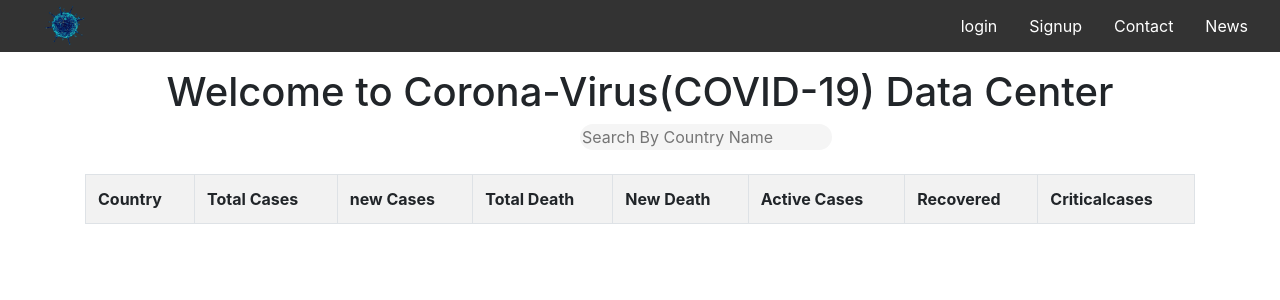
Repository: xthashankar/COVID-19-data-
Page: index.html
An editor plug-in stored every save of this project. The page is shown before and after the next save, followed by the edit.
The browser window is 1280 px wide. The pictures show the whole page.
The page's requests for data from a server got no answer.

Above is the page before, as saved 2020-04-09 15:48:30.

After the next save:
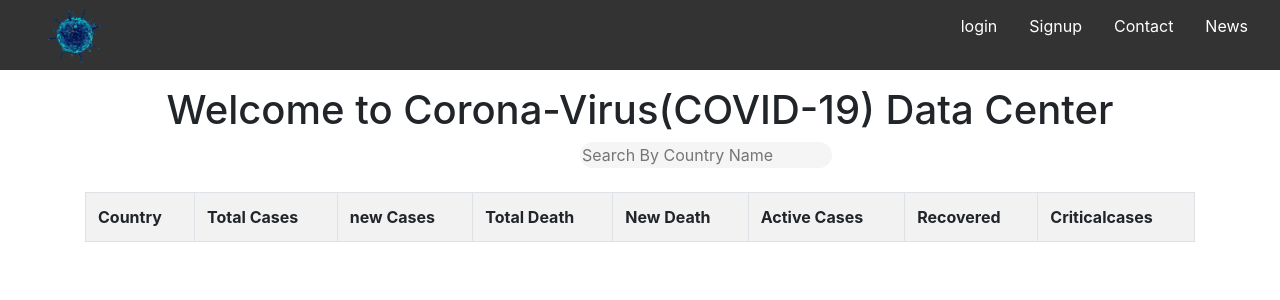
Saved 35 s later.
--- a/styles.css
+++ b/styles.css
@@ -31,6 +31,6 @@ h1{
     background-color:whitesmoke;
 }
 img{
-    width:50px;
-    height:50px;
+    width:70px;
+    height:70px;
 }
